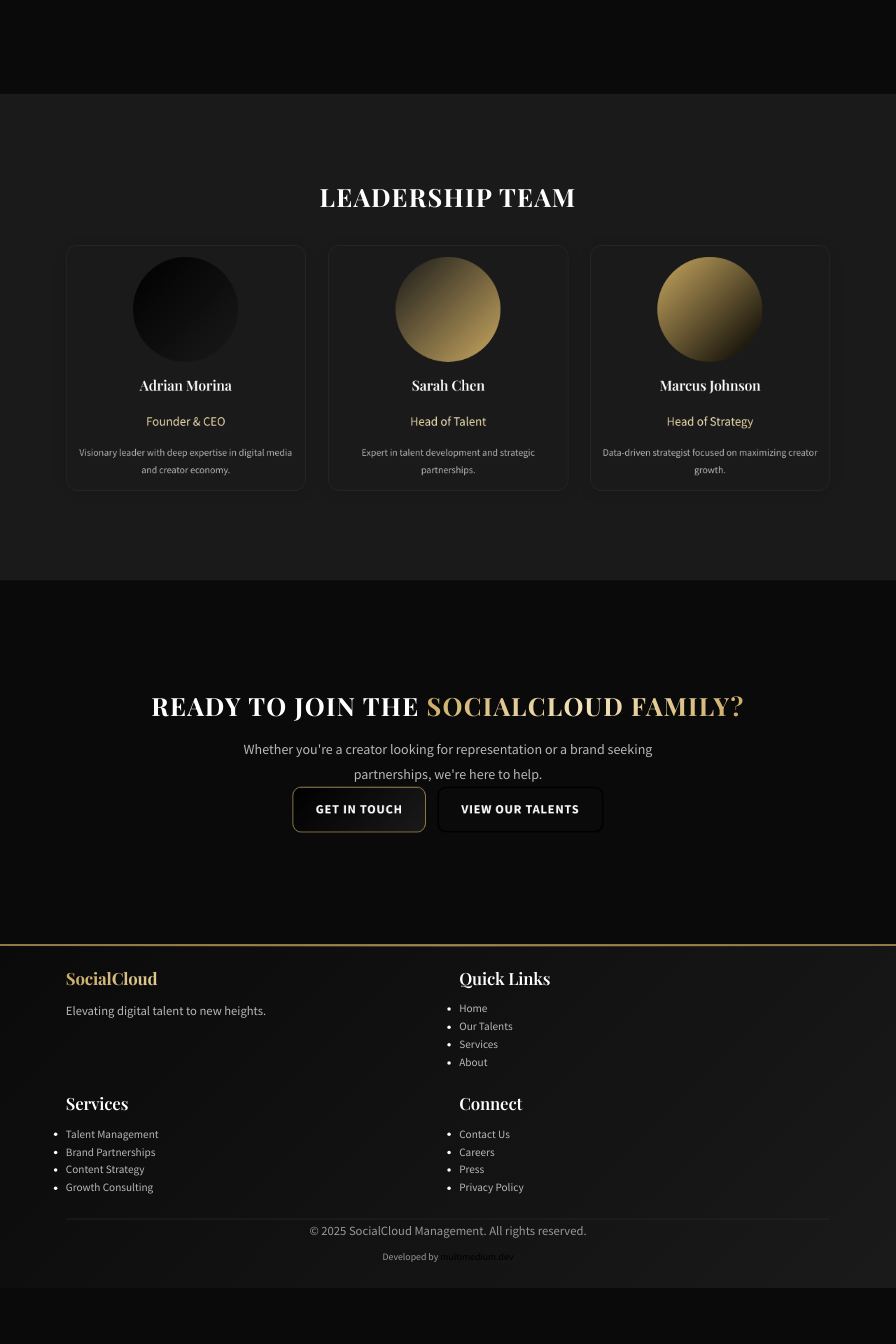
Repository: haydnphilipdesign/socialcloud-mvp
Page: about.html
The author's editor kept a copy of each file at every save. The page is drawn from the files as they stood at one save, then again after the next save.
The browser window is 1280 px wide. The pictures show the part of the page from y = 2640 to 4560 px (the page is 4560 px tall), at 70% of full size.

Above is the page before, as saved 2025-07-02 15:34:30.

### about.html
<!DOCTYPE html>
<html lang="en">

<head>
    <meta charset="UTF-8">
    <meta http-equiv="X-UA-Compatible" content="IE=edge">
    <meta name="viewport" content="width=device-width, initial-scale=1.0">
    <title>About Us | SocialCloud Management</title>
    <meta name="description" content="Learn about SocialCloud Management - your partner in digital talent management and influencer marketing.">

    <!-- Fonts -->
    <link rel="preconnect" href="https://fonts.googleapis.com">
    <link rel="preconnect" href="https://fonts.gstatic.com" crossorigin>
    <link href="https://fonts.googleapis.com/css2?family=Playfair+Display:wght@400;500;600;700;800&family=Source+Sans+Pro:wght@300;400;500;600;700&display=swap" rel="stylesheet">

    <!-- Styles -->
    <link rel="stylesheet" href="assets/css/styles.css">
</head>

<body>
    <!-- Header -->
    <header style="background: rgba(26, 26, 26, 0.8); backdrop-filter: blur(10px); position: fixed; width: 100%; top: 0; z-index: 1000;">
        <div class="container" style="padding: var(--spacing-4) var(--spacing-6);">
            <div class="flex justify-between items-center">
                <a href="index.html" class="flex items-center">
                    <img src="/socialcloud-logo.png" alt="SocialCloud Management" style="height: 40px; width: auto;">
                </a>

                <!-- Desktop Navigation -->
                <nav class="desktop-nav flex gap-8">
                    <a href="index.html" class="nav-link">Home</a>
                    <a href="talents.html" class="nav-link">Talents</a>
                    <a href="index.html#services" class="nav-link">Services</a>
                    <a href="about.html" class="nav-link active">About</a>
                    <a href="contact.html" class="nav-link">Contact</a>
                </nav>

                <!-- Mobile Menu Button -->
                <button class="mobile-menu-btn" onclick="toggleMobileMenu()" style="display: none; background: none; border: none; color: var(--color-text-primary); font-size: 1.5rem; cursor: pointer;" aria-label="Toggle mobile menu">
                    <span style="display: inline-block; width: 20px; height: 2px; background: currentColor; position: relative;"></span>
                </button>
            </div>

            <!-- Mobile Navigation -->
            <div id="mobile-menu" class="mobile-menu" style="display: none;">
                <ul style="list-style: none; padding: var(--spacing-4) 0; border-top: 1px solid var(--color-bg-accent); margin-top: var(--spacing-4); display: flex; flex-direction: column;">
                    <li style="margin-bottom: var(--spacing-3);"><a href="index.html" class="nav-link" style="color: var(--color-text-secondary); font-weight: 500; display: block; padding: var(--spacing-2) 0;">Home</a></li>
                    <li style="margin-bottom: var(--spacing-3);"><a href="talents.html" class="nav-link" style="color: var(--color-text-secondary); font-weight: 500; display: block; padding: var(--spacing-2) 0;">Talents</a></li>
                    <li style="margin-bottom: var(--spacing-3);"><a href="index.html#services" class="nav-link" style="color: var(--color-text-secondary); font-weight: 500; display: block; padding: var(--spacing-2) 0;">Services</a></li>
                    <li style="margin-bottom: var(--spacing-3);"><a href="about.html" class="nav-link active" style="color: var(--color-text-primary); font-weight: 500; display: block; padding: var(--spacing-2) 0;">About</a></li>
                    <li><a href="contact.html" class="nav-link" style="color: var(--color-text-secondary); font-weight: 500; display: block; padding: var(--spacing-2) 0;">Contact</a></li>
                </ul>
            </div>
        </div>
    </header>

    <!-- About Hero -->
    <section class="section" style="padding-top: 120px; background: linear-gradient(135deg, var(--color-bg-primary) 0%, #1a1a2e 100%);">
        <div class="container">
            <div class="text-center mb-12">
                <h1 class="text-6xl font-bold mb-6">About <span class="gradient-text">SocialCloud</span></h1>
                <p class="text-xl" style="color: var(--color-text-secondary); max-width: 800px; margin: 0 auto;">
                    A talent agency representing creators and connecting them with brands for authentic partnerships.
                </p>
            </div>
        </div>
    </section>

    <!-- Our Story -->
    <section class="section">
        <div class="container">
            <div class="grid grid-cols-2 gap-12 items-center">
                <div>
                    <h2 class="text-4xl font-bold mb-6">Our Story</h2>
                    <p class="mb-4" style="color: var(--color-text-secondary);">
                        Founded to bridge the gap between talented creators and brands seeking authentic partnerships, SocialCloud Management has become a trusted talent agency in the digital space.
                    </p>
                    <p class="mb-4" style="color: var(--color-text-secondary);">
                        We understand that creators need dedicated representation to navigate brand partnerships, negotiate fair deals, and build sustainable careers in the digital landscape.
                    </p>
                    <p style="color: var(--color-text-secondary);">
                        Today, we represent talented creators across gaming, entertainment, and lifestyle verticals, helping them secure meaningful brand partnerships while staying true to their authentic voice.
                    </p>
                </div>
                <div class="card glass-effect" style="padding: var(--spacing-12); text-align: center;">
                    <h3 class="text-6xl font-bold gradient-text mb-4">30M+</h3>
                    <p class="text-xl mb-8" style="color: var(--color-text-secondary);">Combined Reach</p>
                    <h3 class="text-6xl font-bold gradient-text mb-4">10+</h3>
                    <p class="text-xl mb-8" style="color: var(--color-text-secondary);">Managed Talents</p>
                    <h3 class="text-6xl font-bold gradient-text mb-4">95%</h3>
                    <p class="text-xl" style="color: var(--color-text-secondary);">Client Satisfaction</p>
                </div>
            </div>
        </div>
    </section>

    <!-- Our Mission -->
    <section class="section" style="background: var(--color-bg-secondary);">
        <div class="container">
            <div class="text-center mb-12">
                <h2 class="text-4xl font-bold mb-6">Our Mission</h2>
                <p class="text-xl" style="color: var(--color-text-secondary); max-width: 800px; margin: 0 auto;">
                    To represent creators with integrity and connect them with brands for partnerships that benefit everyone involved.
                </p>
            </div>
            <div class="grid grid-cols-3 gap-8">
                <div class="card text-center">
                    <div class="text-4xl mb-4" style="color: var(--color-brand-primary); font-weight: 700;">↗</div>
                    <h3 class="text-xl font-semibold mb-3">Growth First</h3>
                    <p style="color: var(--color-text-secondary);">We prioritize sustainable growth strategies that align with each creator's unique goals and values.</p>
                </div>
                <div class="card text-center">
                    <div class="text-4xl mb-4" style="color: var(--color-brand-primary); font-weight: 700;">⚖</div>
                    <h3 class="text-xl font-semibold mb-3">True Partnership</h3>
                    <p style="color: var(--color-text-secondary);">We believe in building lasting relationships based on trust, transparency, and mutual success.</p>
                </div>
                <div class="card text-center">
                    <div class="text-4xl mb-4" style="color: var(--color-brand-primary); font-weight: 700;">⟐</div>
                    <h3 class="text-xl font-semibold mb-3">Innovation</h3>
                    <p style="color: var(--color-text-secondary);">We stay ahead of digital trends to ensure our talents are always at the forefront of their industries.</p>
                </div>
            </div>
        </div>
    </section>

    <!-- What Sets Us Apart -->
    <section class="section">
        <div class="container">
            <h2 class="text-4xl font-bold text-center mb-12">What Sets Us Apart</h2>
            <div class="grid grid-cols-2 gap-8">
                <div class="card">
                    <h3 class="text-2xl font-semibold mb-4 gradient-text">Data-Driven Approach</h3>
                    <p style="color: var(--color-text-secondary);">We leverage advanced analytics and insights to make informed decisions that drive real results for our talents.</p>
                </div>
                <div class="card">
                    <h3 class="text-2xl font-semibold mb-4 gradient-text">Platform Expertise</h3>
                    <p style="color: var(--color-text-secondary);">Our team has deep knowledge across all major platforms, from YouTube and Twitch to TikTok and emerging platforms.</p>
                </div>
                <div class="card">
                    <h3 class="text-2xl font-semibold mb-4 gradient-text">Personalized Strategies</h3>
                    <p style="color: var(--color-text-secondary);">We understand that every creator is unique. Our strategies are tailored to each individual's strengths and goals.</p>
                </div>
                <div class="card">
                    <h3 class="text-2xl font-semibold mb-4 gradient-text">Industry Connections</h3>
                    <p style="color: var(--color-text-secondary);">Our extensive network of brands, platforms, and industry partners opens doors to exclusive opportunities.</p>
                </div>
            </div>
        </div>
    </section>

    <!-- Team Section -->
    <section class="section" style="background: var(--color-bg-secondary);">
        <div class="container">
            <h2 class="text-4xl font-bold text-center mb-12">Leadership Team</h2>
            <div class="grid grid-cols-3 gap-8">
                <div class="card text-center">
                    <div style="width: 150px; height: 150px; background: linear-gradient(135deg, var(--color-brand-primary), var(--color-brand-secondary)); border-radius: 50%; margin: 0 auto var(--spacing-4);"></div>
                    <h3 class="text-xl font-semibold mb-2">Adrian Morina</h3>
                    <p class="gradient-text mb-3">Founder & CEO</p>
                    <p style="color: var(--color-text-secondary); font-size: var(--text-sm);">Visionary leader with deep expertise in digital media and creator economy.</p>
                </div>
                <div class="card text-center">
                    <div style="width: 150px; height: 150px; background: linear-gradient(135deg, var(--color-brand-secondary), var(--color-brand-accent)); border-radius: 50%; margin: 0 auto var(--spacing-4);"></div>
                    <h3 class="text-xl font-semibold mb-2">Sarah Chen</h3>
                    <p class="gradient-text mb-3">Head of Talent</p>
                    <p style="color: var(--color-text-secondary); font-size: var(--text-sm);">Expert in talent development and strategic partnerships.</p>
                </div>
                <div class="card text-center">
                    <div style="width: 150px; height: 150px; background: linear-gradient(135deg, var(--color-brand-accent), var(--color-brand-primary)); border-radius: 50%; margin: 0 auto var(--spacing-4);"></div>
                    <h3 class="text-xl font-semibold mb-2">Marcus Johnson</h3>
                    <p class="gradient-text mb-3">Head of Strategy</p>
                    <p style="color: var(--color-text-secondary); font-size: var(--text-sm);">Data-driven strategist focused on maximizing creator growth.</p>
                </div>
            </div>
        </div>
    </section>

    <!-- CTA Section -->
    <section class="section">
        <div class="container text-center">
            <h2 class="text-4xl font-bold mb-6">Ready to Join the <span class="gradient-text">SocialCloud Family?</span></h2>
            <p class="text-xl mb-8" style="color: var(--color-text-secondary); max-width: 600px; margin: 0 auto;">
                Whether you're a creator looking for representation or a brand seeking partnerships, we're here to help.
            </p>
            <div class="flex gap-4 justify-center">
                <a href="contact.html" class="btn btn-gradient" style="font-size: var(--text-lg); padding: var(--spacing-4) var(--spacing-8);">
                    Get in Touch
                </a>
                <a href="talents.html" class="btn btn-secondary" style="font-size: var(--text-lg); padding: var(--spacing-4) var(--spacing-8);">
                    View Our Talents
                </a>
            </div>
        </div>
    </section>

    <!-- Footer -->
    <footer style="background: var(--color-bg-primary); padding: var(--spacing-8) 0; border-top: 1px solid var(--color-bg-accent);">
        <div class="container">
            <div class="grid grid-cols-4 gap-8 mb-8">
                <div>
                    <h3 class="text-2xl font-bold gradient-text mb-4">SocialCloud</h3>
                    <p style="color: var(--color-text-secondary);">Elevating digital talent to new heights.</p>
                </div>
                <div>
                    <h4 class="font-semibold mb-4">Quick Links</h4>
                    <ul class="space-y-2">
                        <li><a href="index.html" class="footer-link">Home</a></li>
                        <li><a href="talents.html" class="footer-link">Our Talents</a></li>
                        <li><a href="index.html#services" class="footer-link">Services</a></li>
                        <li><a href="about.html" class="footer-link">About</a></li>
                    </ul>
                </div>
                <div>
                    <h4 class="font-semibold mb-4">Services</h4>
                    <ul class="space-y-2">
                        <li><a href="#" class="footer-link">Talent Management</a></li>
                        <li><a href="#" class="footer-link">Brand Partnerships</a></li>
                        <li><a href="#" class="footer-link">Content Strategy</a></li>
                        <li><a href="#" class="footer-link">Growth Consulting</a></li>
                    </ul>
                </div>
                <div>
                    <h4 class="font-semibold mb-4">Connect</h4>
                    <ul class="space-y-2">
                        <li><a href="contact.html" class="footer-link">Contact Us</a></li>
                        <li><a href="#" class="footer-link">Careers</a></li>
                        <li><a href="#" class="footer-link">Press</a></li>
                        <li><a href="#" class="footer-link">Privacy Policy</a></li>
                    </ul>
                </div>
            </div>
            <div class="text-center pt-8" style="border-top: 1px solid var(--color-bg-accent);">
                <p style="color: var(--color-text-muted);">&copy; 2025 SocialCloud Management. All rights reserved.</p>
                <p style="font-size: var(--text-sm); color: var(--color-text-muted); margin-top: var(--spacing-2);">
                    Developed by <a href="https://multimedium.dev" target="_blank" rel="noopener" style="color: var(--color-brand-primary);">multimedium.dev</a>
                </p>
            </div>
        </div>
    </footer>

    <!-- JavaScript -->
    <script src="assets/js/mobile-effects.js"></script>
    <script>
        function toggleMobileMenu() {
            const mobileMenu = document.getElementById('mobile-menu');
            const menuBtn = document.querySelector('.mobile-menu-btn');

            if (mobileMenu.style.display === 'none' || mobileMenu.style.display === '') {
                mobileMenu.style.display = 'block';
                menuBtn.innerHTML = '<span style="display: inline-block; width: 20px; height: 2px; background: currentColor; position: relative; transform: rotate(45deg);"></span>';
            } else {
                mobileMenu.style.display = 'none';
                menuBtn.innerHTML = '<span style="display: inline-block; width: 20px; height: 2px; background: currentColor; position: relative;"></span>';
            }
        }

        // Close mobile menu when clicking on a link
        document.addEventListener('DOMContentLoaded', function() {
            const mobileMenuLinks = document.querySelectorAll('#mobile-menu a');
            mobileMenuLinks.forEach(link => {
                link.addEventListener('click', function() {
                    const mobileMenu = document.getElementById('mobile-menu');
                    const menuBtn = document.querySelector('.mobile-menu-btn');
                    mobileMenu.style.display = 'none';
                    menuBtn.innerHTML = '<span style="display: inline-block; width: 20px; height: 2px; background: currentColor; position: relative;"></span>';
                });
            });
        });
    </script>
</body>

</html>

Loaded but not shown: assets/js/mobile-effects.js (333 lines, source omitted); assets/css/styles.css (2639 lines, source omitted)

After the next save:
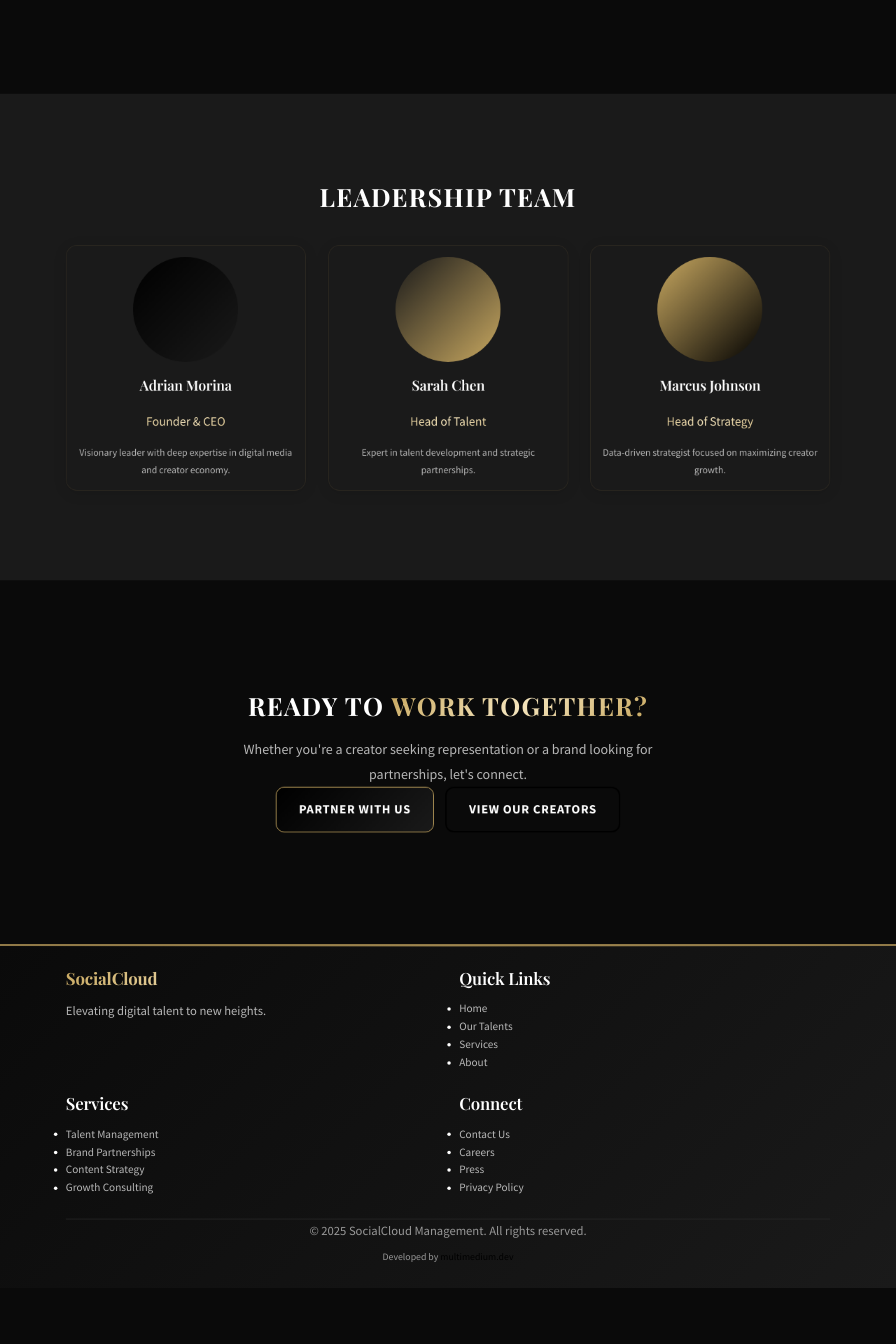
Saved 11 s later.
--- a/about.html
+++ b/about.html
@@ -178,16 +178,16 @@
     <!-- CTA Section -->
     <section class="section">
         <div class="container text-center">
-            <h2 class="text-4xl font-bold mb-6">Ready to Join the <span class="gradient-text">SocialCloud Family?</span></h2>
+            <h2 class="text-4xl font-bold mb-6">Ready to <span class="gradient-text">Work Together?</span></h2>
             <p class="text-xl mb-8" style="color: var(--color-text-secondary); max-width: 600px; margin: 0 auto;">
-                Whether you're a creator looking for representation or a brand seeking partnerships, we're here to help.
+                Whether you're a creator seeking representation or a brand looking for partnerships, let's connect.
             </p>
             <div class="flex gap-4 justify-center">
                 <a href="contact.html" class="btn btn-gradient" style="font-size: var(--text-lg); padding: var(--spacing-4) var(--spacing-8);">
-                    Get in Touch
+                    Partner With Us
                 </a>
                 <a href="talents.html" class="btn btn-secondary" style="font-size: var(--text-lg); padding: var(--spacing-4) var(--spacing-8);">
-                    View Our Talents
+                    View Our Creators
                 </a>
             </div>
         </div>
